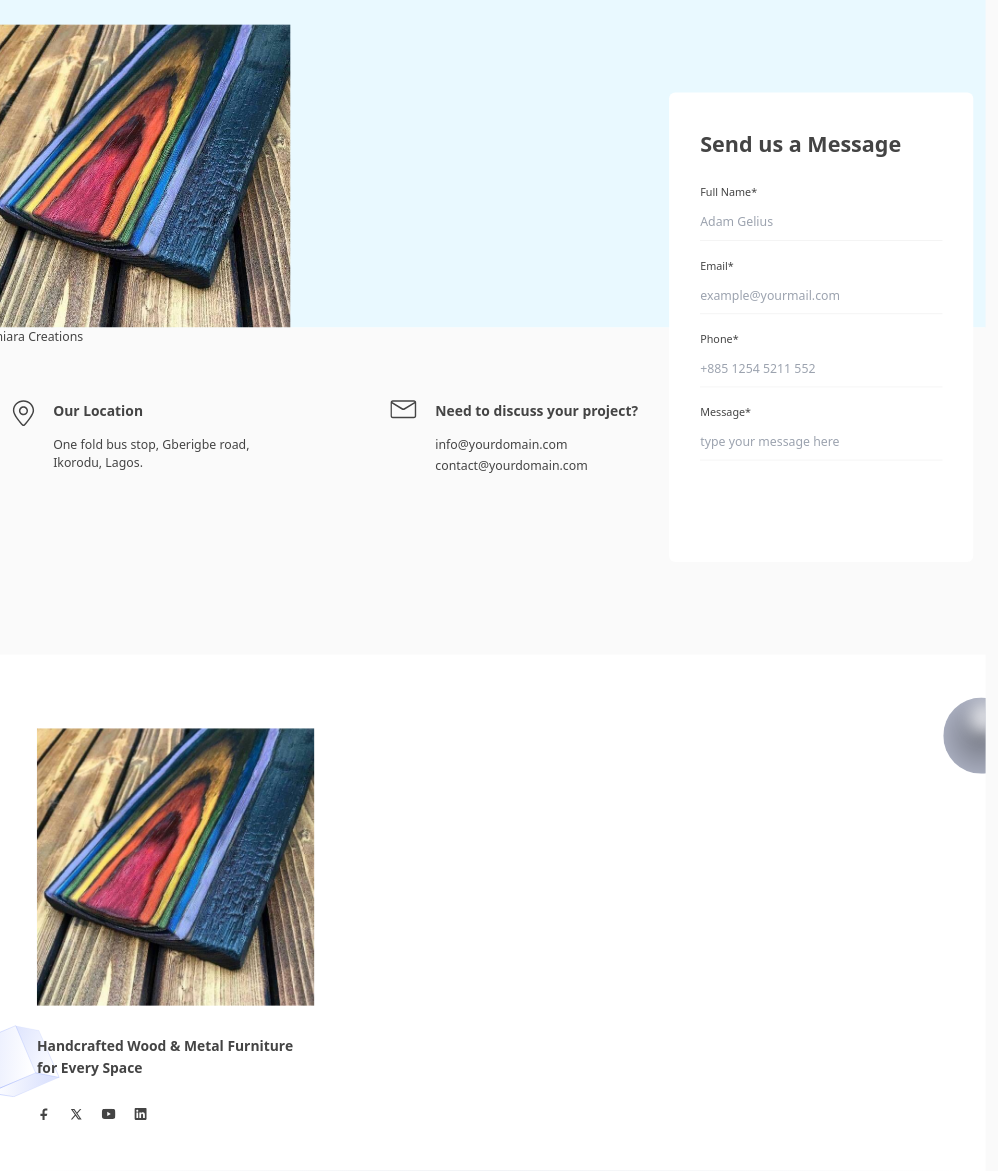
Repository: SuezDevelopment/chiara_creations
Page: /
The author's editor kept a copy of each file at every save. The page is drawn from the files as they stood at one save, then again after the next save.
The browser window is 1280 px wide. The page is 1296 px wide, so the pictures cover 1296 px, including what lies to the right of the window. The pictures show the whole page, at 77% of full size.
The project was rebuilt for these pictures with package versions that can differ from the ones it lists, and the page was loaded fresh each time. The framework's server and built-in components were replaced by stand-ins that run in the browser. Also part of the build but not shown: next.config.mjs.

Above is the page before, as saved 2024-03-07 13:04:18.

### src/pages/_app.tsx
import 'tailwindcss/tailwind.css';
import "@/styles/globals.css";
import type { AppProps } from "next/app";

import {memo} from 'react';

const MyApp = memo(({Component, pageProps}: AppProps): JSX.Element => {
  return (
    <>
      <Component {...pageProps} />
    </>
  );
});

export default MyApp;

### src/pages/_document.tsx
import { Html, Head, Main, NextScript } from "next/document";

export default function Document() {
  return (
    <Html lang="en">
      <Head>
        <meta charSet="utf-8" />

        <meta content="notranslate" name="google" />
      </Head>
      <body>
        <Main />
        <NextScript />
      </body>
    </Html>
  );
}

### src/pages/index.tsx
import Image from "next/image";
import { Inter } from "next/font/google";
import Page from "@/components/layout/page";
import { homePageMeta } from "@/data/data";
import Header from "@/components/ui/header";
import Contact from "@/components/ui/contact";
import Footer from "@/components/ui/footer";

export default function Home() {
  const {title, description} = homePageMeta;
  return (
    <Page title={title} description={description}>
      <Header />
      <Contact />
      <Footer />
    </Page>
  );
}

### src/styles/globals.css
@tailwind base;
@tailwind components;
@tailwind utilities;

@layer utilities {
  /* Chrome, Safari and Opera */
  .no-scrollbar::-webkit-scrollbar {
    display: none;
  }

  .no-scrollbar {
    -ms-overflow-style: none; /* IE and Edge */
    scrollbar-width: none; /* Firefox */
  }
}

@supports (-webkit-touch-callout: none) {
  .h-screen {
    height: -webkit-fill-available;
  }
}

* {
  -webkit-font-smoothing: antialiased;
  -moz-osx-font-smoothing: grayscale;
}

html {
  -webkit-tap-highlight-color: transparent;
  scroll-behavior: smooth;
  height: 100vh;
}

body {
  position: relative;
  width: 100%;
  color: #444444;
  font-family: system-ui, -apple-system, BlinkMacSystemFont, 'Segoe UI', Ubuntu, 'Helvetica Neue', sans-serif;
  background-color: #fafafa;
}

td,
th {
  padding: 4px 8px 4px 4px;
  text-align: left;
}

th {
  font-weight: 600;
}

### src/components/layout/page.tsx
import { HomepageMeta } from '@/data/types';
import {NextPage} from 'next';
import Head from 'next/head';
import {useRouter} from 'next/router';
import {memo, PropsWithChildren} from 'react';


const Page: NextPage<PropsWithChildren<HomepageMeta>> = memo(({children, title, description}) => {
    const router = useRouter();
    const {asPath: pathname} = useRouter();
    return (
        <>
            <Head>
                <title>{title}</title>
                <meta name="description" content={description} />

                 {/* several domains list the same content, make sure google knows we mean this one. */}
                <link href={`https://chiara-creations.vercel.app${pathname}`} key="canonical" rel="canonical" />
                <link href="/favicon.ico" rel="icon" sizes="any" />

                <link href="/icon.svg" rel="icon" type="image/svg+xml" />

                <link href="/apple-touch-icon.png" rel="apple-touch-icon" />

                <link href="/site.webmanifest" rel="manifest" />

                {/* Open Graph : https://ogp.me/ */}
                <meta content={title} property="og:title" />
                <meta content={description} property="og:description" />
                <meta content={`https://chiara-creations.vercel.app${pathname}`} property="og:url" />

                <meta content={title} name="twitter:title" />
                <meta content={description} name="twitter:description" />
            </Head>
            <main>
                {children}
            </main>
        </>
    )
});

Page.displayName = 'Page';
export default Page;

### src/data/data.ts
import { HomepageMeta, Service } from "./types";

export const homePageMeta: HomepageMeta = {
  title:
    "Chiara Creations - Handcrafted Wood & Metal Furniture for Every Space",
  description:
    "With a focus on quality craftsmanship and innovative design, we cater to various sectors including residential, commercial, and industrial clients.",
};

export const services: Service[] = [
  {
    name: "Wooden Furniture",
    description:
      "At Chiara creations,our wooden furniture range includes but is not limited to tables, chairs, doors,cabinets, shelves, closets,bed frames, and custom-designed pieces.",
  },
  {
    name: "Metal Furniture",
    description:
      "We also manufacture metal furniture such as steel-framed tables, chairs, desks, shelves, armored doors, security doors , regular doors and industrial-style furniture for modern living spaces.",
  },
  {
    name: "Custom Fabrication",
    description:
      "We provide bespoke fabrication services, collaborating closely with clients to create custom wood and metal products tailored to their specific requirements.",
  },
  {
    name: "Interior Design Solutions",
    description:
      "Our team here at Chiara creations offers comprehensive interior design solutions, integrating our furniture pieces into cohesive interior spaces for homes, offices, restaurants, and other commercial establishments.",
  },
  {
    name: "Consultation and Installation",
    description:
      "From initial consultation to final installation, we ensure a seamless process, guiding clients through every step of the project to achieve their desired outcome.",
  },
];

### src/components/ui/header.tsx
"use client";
import Image from "next/image";
import Link from "next/link";
import { usePathname } from "next/navigation";
// import ThemeToggler from "./ThemeToggler";
// import menuData from "./menuData";
import { useState, useEffect, SetStateAction, ReactElement, JSXElementConstructor, ReactNode, PromiseLikeOfReactNode, Key, ReactPortal } from "react";
import { UrlObject } from "url";


const menuData: { path: string | UrlObject; title: string | number | boolean | PromiseLikeOfReactNode | ReactElement<any, string | JSXElementConstructor<any>> | Iterable<ReactNode> | null | undefined; submenu: any[]; }[] = [

];

const Header = () => {
  // Navbar toggle
  const [navbarOpen, setNavbarOpen] = useState(false);
  const navbarToggleHandler = () => {
    setNavbarOpen(!navbarOpen);
  };

  // Sticky Navbar
  const [sticky, setSticky] = useState(false);
  const handleStickyNavbar = () => {
    if (window.scrollY >= 80) {
      setSticky(true);
    } else {
      setSticky(false);
    }
  };
  useEffect(() => {
    window.addEventListener("scroll", handleStickyNavbar);
  });

  // submenu handler
  const [openIndex, setOpenIndex] = useState(-1);
  const handleSubmenu = (index: number) => {
    if (openIndex === index) {
      setOpenIndex(-1);
    } else {
      setOpenIndex(index);
    }
  };

  const usePathName = usePathname();

  return (
    <>
      <header
        className={`header left-0 top-0 z-40 flex w-full items-center ${
          sticky
            ? "dark:bg-gray-dark dark:shadow-sticky-dark fixed z-[9999] bg-white !bg-opacity-80 shadow-sticky backdrop-blur-sm transition"
            : "absolute bg-transparent"
        }`}
      >
        <div className="container">
          <div className="relative -mx-4 flex items-center justify-between">
            <div className="w-full max-w-full px-4 xl:mr-12 relative z-20 flex justify-between md:px-0 lg:w-max">
              <Link
                href="/"
                className={`header-logo block w-full ${
                  sticky ? "py-5 lg:py-2" : "py-8"
                } `}
              >
                <Image
                  src="/images/logo.png"
                  alt="logo"
                  width={40}
                  height={30}
                  className="w-full dark:hidden"
                />
                <Image
                  src="/images/logo.png"
                  alt="logo"
                  width={40}
                  height={30}
                  className="hidden w-full dark:block"
                />
              <p>Chiara Creations</p>
              </Link>
            </div>
            <div className="flex w-full items-center justify-between px-4">
              <div>
                <button
                  onClick={navbarToggleHandler}
                  id="navbarToggler"
                  aria-label="Mobile Menu"
                  className="absolute right-4 top-1/2 block translate-y-[-50%] rounded-lg px-3 py-[6px] ring-primary focus:ring-2 lg:hidden"
                >
                  <span
                    className={`relative my-1.5 block h-0.5 w-[30px] bg-black transition-all duration-300 dark:bg-white ${
                      navbarOpen ? " top-[7px] rotate-45" : " "
                    }`}
                  />
                  <span
                    className={`relative my-1.5 block h-0.5 w-[30px] bg-black transition-all duration-300 dark:bg-white ${
                      navbarOpen ? "opacity-0 " : " "
                    }`}
                  />
                  <span
                    className={`relative my-1.5 block h-0.5 w-[30px] bg-black transition-all duration-300 dark:bg-white ${
                      navbarOpen ? " top-[-8px] -rotate-45" : " "
                    }`}
                  />
                </button>
                <nav
                  id="navbarCollapse"
                  className={`navbar absolute right-0 z-30 w-[250px] rounded border-[.5px] border-body-color/50 bg-white px-6 py-4 duration-300 dark:border-body-color/20 dark:bg-dark lg:visible lg:static lg:w-auto lg:border-none lg:!bg-transparent lg:p-0 lg:opacity-100 ${
                    navbarOpen
                      ? "visibility top-full opacity-100"
                      : "invisible top-[120%] opacity-0"
                  }`}
                >
                  <ul className="block lg:flex lg:space-x-12">
                    {menuData.map((menuItem: { path: string | UrlObject; title: string | number | boolean | ReactElement<any, string | JSXElementConstructor<any>> | Iterable<ReactNode> | PromiseLikeOfReactNode | null | undefined; submenu: any[]; }, index: any | null | undefined) => (
                      <li key={index} className="group relative">
                        {menuItem.path ? (
                          <Link
                            href={menuItem.path}
                            className={`flex py-2 text-base lg:mr-0 lg:inline-flex lg:px-0 lg:py-6 ${
                              usePathName === menuItem.path
                                ? "text-primary dark:text-white"
                                : "text-dark hover:text-primary dark:text-white/70 dark:hover:text-white"
                            }`}
                          >
                            {menuItem.title}
                          </Link>
                        ) : (
                          <>
                            <p
                              onClick={() => handleSubmenu(index)}
                              className="flex cursor-pointer items-center justify-between py-2 text-base text-dark group-hover:text-primary dark:text-white/70 dark:group-hover:text-white lg:mr-0 lg:inline-flex lg:px-0 lg:py-6"
                            >
                              {menuItem.title}
                              <span className="pl-3">
                                <svg width="25" height="24" viewBox="0 0 25 24">
                                  <path
                                    fillRule="evenodd"
                                    clipRule="evenodd"
                                    d="M6.29289 8.8427C6.68342 8.45217 7.31658 8.45217 7.70711 8.8427L12 13.1356L16.2929 8.8427C16.6834 8.45217 17.3166 8.45217 17.7071 8.8427C18.0976 9.23322 18.0976 9.86639 17.7071 10.2569L12 15.964L6.29289 10.2569C5.90237 9.86639 5.90237 9.23322 6.29289 8.8427Z"
                                    fill="currentColor"
                                  />
                                </svg>
                              </span>
                            </p>
                            <div
                              className={`submenu relative left-0 top-full rounded-sm bg-white transition-[top] duration-300 group-hover:opacity-100 dark:bg-dark lg:invisible lg:absolute lg:top-[110%] lg:block lg:w-[250px] lg:p-4 lg:opacity-0 lg:shadow-lg lg:group-hover:visible lg:group-hover:top-full ${
                                openIndex === index ? "block" : "hidden"
                              }`}
                            >
                              {menuItem.submenu.map((submenuItem: { path: string | UrlObject; title: string | number | boolean | ReactElement<any, string | JSXElementConstructor<any>> | Iterable<ReactNode> | ReactPortal | PromiseLikeOfReactNode | null | undefined; }, index: Key | null | undefined) => (
                                <Link
                                  href={submenuItem.path}
                                  key={index}
                                  className="block rounded py-2.5 text-sm text-dark hover:text-primary dark:text-white/70 dark:hover:text-white lg:px-3"
                                >
                                  {submenuItem.title}
                                </Link>
                              ))}
                            </div>
                          </>
                        )}
                      </li>
                    ))}
                  </ul>
                </nav>
              </div>

            </div>
          </div>
        </div>
      </header>
    </>
  );
};

export default Header;

### src/components/ui/contact.tsx
const Contact = () => {
    return (
      <section id="contact" className="relative py-20 md:py-[120px]">
        <div className="absolute left-0 top-0 -z-[1] h-full w-full dark:bg-dark"></div>
        <div className="absolute left-0 top-0 -z-[1] h-1/2 w-full bg-[#E9F9FF] dark:bg-dark-700 lg:h-[45%] xl:h-1/2"></div>
        <div className="container px-4">
          <div className="-mx-4 flex flex-wrap items-center">
            <div className="w-full px-4 lg:w-7/12 xl:w-8/12">
              <div className="ud-contact-content-wrapper">
                <div className="ud-contact-title mb-12 lg:mb-[150px]">
                  <span className="mb-6 block text-base font-medium text-dark">
                    CONTACT US
                  </span>
                  <h2 className="max-w-[360px] text-[35px] font-bold leading-[1.14] text-dark">
                    Let Chiara Creations transform your space.
                  </h2>
                </div>
                <div className="mb-12 flex flex-wrap justify-between lg:mb-0">
                  <div className="mb-8 flex w-[330px] max-w-full">
                    <div className="mr-6 text-[32px] text-primary">
                      <svg
                        width="29"
                        height="35"
                        viewBox="0 0 29 35"
                        className="fill-current"
                      >
                        <path d="M14.5 0.710938C6.89844 0.710938 0.664062 6.72656 0.664062 14.0547C0.664062 19.9062 9.03125 29.5859 12.6406 33.5234C13.1328 34.0703 13.7891 34.3437 14.5 34.3437C15.2109 34.3437 15.8672 34.0703 16.3594 33.5234C19.9688 29.6406 28.3359 19.9062 28.3359 14.0547C28.3359 6.67188 22.1016 0.710938 14.5 0.710938ZM14.9375 32.2109C14.6641 32.4844 14.2812 32.4844 14.0625 32.2109C11.3828 29.3125 2.57812 19.3594 2.57812 14.0547C2.57812 7.71094 7.9375 2.625 14.5 2.625C21.0625 2.625 26.4219 7.76562 26.4219 14.0547C26.4219 19.3594 17.6172 29.2578 14.9375 32.2109Z" />
                        <path d="M14.5 8.58594C11.2734 8.58594 8.59375 11.2109 8.59375 14.4922C8.59375 17.7188 11.2187 20.3984 14.5 20.3984C17.7812 20.3984 20.4062 17.7734 20.4062 14.4922C20.4062 11.2109 17.7266 8.58594 14.5 8.58594ZM14.5 18.4297C12.3125 18.4297 10.5078 16.625 10.5078 14.4375C10.5078 12.25 12.3125 10.4453 14.5 10.4453C16.6875 10.4453 18.4922 12.25 18.4922 14.4375C18.4922 16.625 16.6875 18.4297 14.5 18.4297Z" />
                      </svg>
                    </div>
                    <div>
                      <h3 className="mb-[18px] text-lg font-semibold text-dark">
                        Our Location
                      </h3>
                      <p className="text-base text-body-color dark:text-dark-6">
                        One fold bus stop, Gberigbe road, Ikorodu, Lagos.
                      </p>
                    </div>
                  </div>
                  <div className="mb-8 flex w-[330px] max-w-full">
                    <div className="mr-6 text-[32px] text-primary">
                      <svg
                        width="34"
                        height="25"
                        viewBox="0 0 34 25"
                        className="fill-current"
                      >
                        <path d="M30.5156 0.960938H3.17188C1.42188 0.960938 0 2.38281 0 4.13281V20.9219C0 22.6719 1.42188 24.0938 3.17188 24.0938H30.5156C32.2656 24.0938 33.6875 22.6719 33.6875 20.9219V4.13281C33.6875 2.38281 32.2656 0.960938 30.5156 0.960938ZM30.5156 2.875C30.7891 2.875 31.0078 2.92969 31.2266 3.09375L17.6094 11.3516C17.1172 11.625 16.5703 11.625 16.0781 11.3516L2.46094 3.09375C2.67969 2.98438 2.89844 2.875 3.17188 2.875H30.5156ZM30.5156 22.125H3.17188C2.51562 22.125 1.91406 21.5781 1.91406 20.8672V5.00781L15.0391 12.9922C15.5859 13.3203 16.1875 13.4844 16.7891 13.4844C17.3906 13.4844 17.9922 13.3203 18.5391 12.9922L31.6641 5.00781V20.8672C31.7734 21.5781 31.1719 22.125 30.5156 22.125Z" />
                      </svg>
                    </div>
                    <div>
                      <h3 className="mb-[18px] text-lg font-semibold text-dark">
                        Need to discuss your project?
                      </h3>
                      <p className="text-base text-body-color dark:text-dark-6">
                        info@yourdomain.com
                      </p>
                      <p className="mt-1 text-base text-body-color dark:text-dark-6">
                        contact@yourdomain.com
                      </p>
                    </div>
                  </div>
                </div>
              </div>
            </div>
            <div className="w-full px-4 lg:w-5/12 xl:w-4/12">
              <div
                className="wow fadeInUp rounded-lg bg-white px-8 py-10 shadow-testimonial dark:bg-dark-2 dark:shadow-none sm:px-10 sm:py-12 md:p-[60px] lg:p-10 lg:px-10 lg:py-12 2xl:p-[60px]"
                data-wow-delay=".2s
                "
              >
                <h3 className="mb-8 text-2xl font-semibold text-dark md:text-[28px] md:leading-[1.42]">
                  Send us a Message
                </h3>
                <form>
                  <div className="mb-[22px]">
                    <label
                      htmlFor="fullName"
                      className="mb-4 block text-sm text-body-color dark:text-dark-6"
                    >
                      Full Name*
                    </label>
                    <input
                      type="text"
                      name="fullName"
                      placeholder="Adam Gelius"
                      className="w-full border-0 border-b border-[#f1f1f1] bg-transparent pb-3 text-dark placeholder:text-body-color/60 focus:border-primary focus:outline-none dark:border-dark-3"
                    />
                  </div>
                  <div className="mb-[22px]">
                    <label
                      htmlFor="email"
                      className="mb-4 block text-sm text-body-color dark:text-dark-6"
                    >
                      Email*
                    </label>
                    <input
                      type="email"
                      name="email"
                      placeholder="example@yourmail.com"
                      className="w-full border-0 border-b border-[#f1f1f1] bg-transparent pb-3 text-dark placeholder:text-body-color/60 focus:border-primary focus:outline-none dark:border-dark-3"
                    />
                  </div>
                  <div className="mb-[22px]">
                    <label
                      htmlFor="phone"
                      className="mb-4 block text-sm text-body-color dark:text-dark-6"
                    >
                      Phone*
                    </label>
                    <input
                      type="text"
                      name="phone"
                      placeholder="+885 1254 5211 552"
                      className="w-full border-0 border-b border-[#f1f1f1] bg-transparent pb-3 text-dark placeholder:text-body-color/60 focus:border-primary focus:outline-none dark:border-dark-3"
                    />
                  </div>
                  <div className="mb-[30px]">
                    <label
                      htmlFor="message"
                      className="mb-4 block text-sm text-body-color dark:text-dark-6"
                    >
                      Message*
                    </label>
                    <textarea
                      name="message"
                      rows={1}
                      placeholder="type your message here"
                      className="w-full resize-none border-0 border-b border-[#f1f1f1] bg-transparent pb-3 text-dark placeholder:text-body-color/60 focus:border-primary focus:outline-none dark:border-dark-3"
                    ></textarea>
                  </div>
                  <div className="mb-0">
                    <button
                      type="submit"
                      className="inline-flex items-center justify-center rounded-md bg-primary px-10 py-3 text-base font-medium text-white transition duration-300 ease-in-out hover:bg-primary/90"
                    >
                      Send
                    </button>
                  </div>
                </form>
              </div>
            </div>
          </div>
        </div>
      </section>
    );
  };

  export default Contact;

Loaded but not shown: tailwind.config.ts (common file); src/components/ui/footer.tsx (331 lines, source omitted)

After the next save:
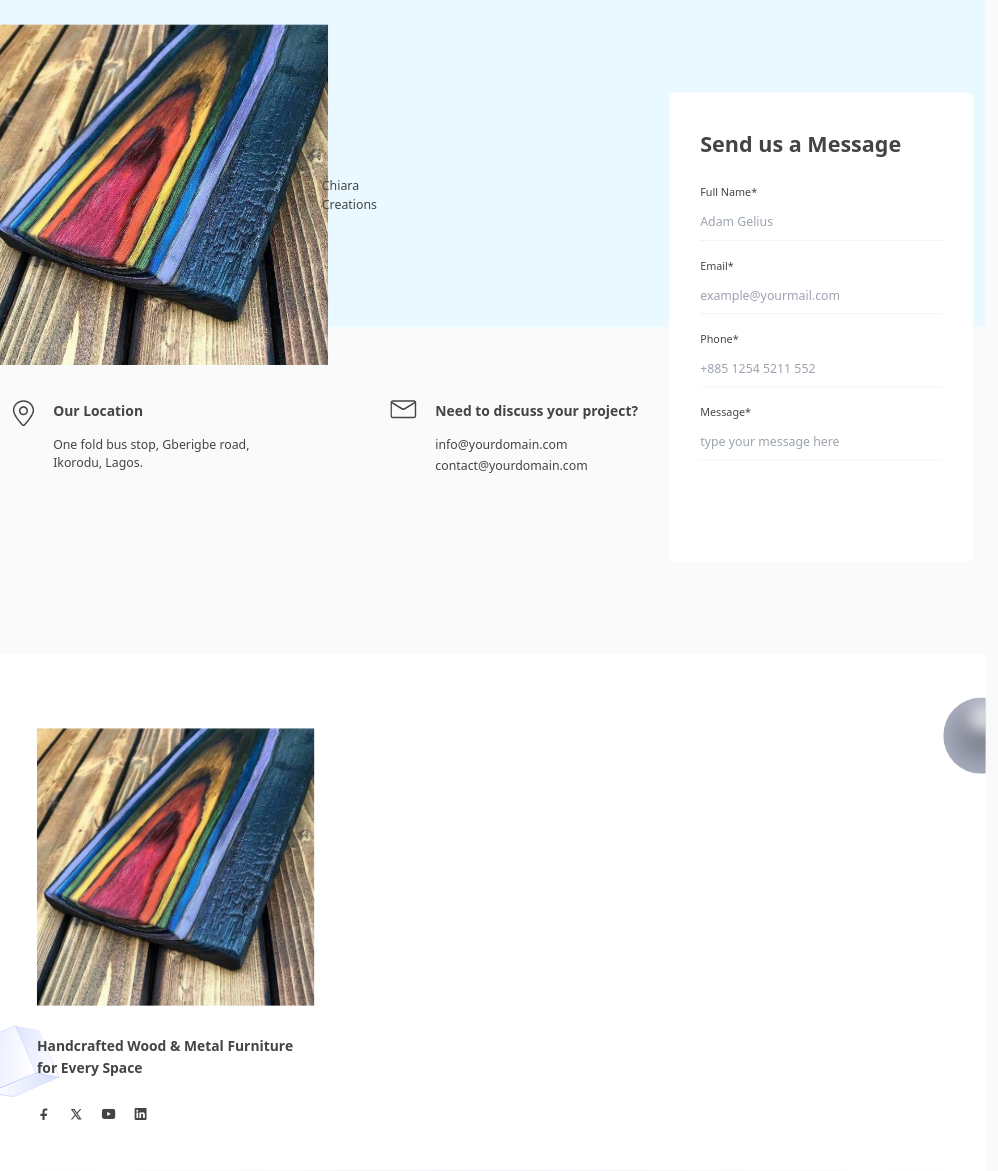
Saved 84 s later.
--- a/src/components/ui/header.tsx
+++ b/src/components/ui/header.tsx
@@ -58,7 +58,7 @@ const Header = () => {
             <div className="w-full max-w-full px-4 xl:mr-12 relative z-20 flex justify-between md:px-0 lg:w-max">
               <Link
                 href="/"
-                className={`header-logo block w-full ${
+                className={`header-logo block w-full flex items-center -space-x-2 ${
                   sticky ? "py-5 lg:py-2" : "py-8"
                 } `}
               >
